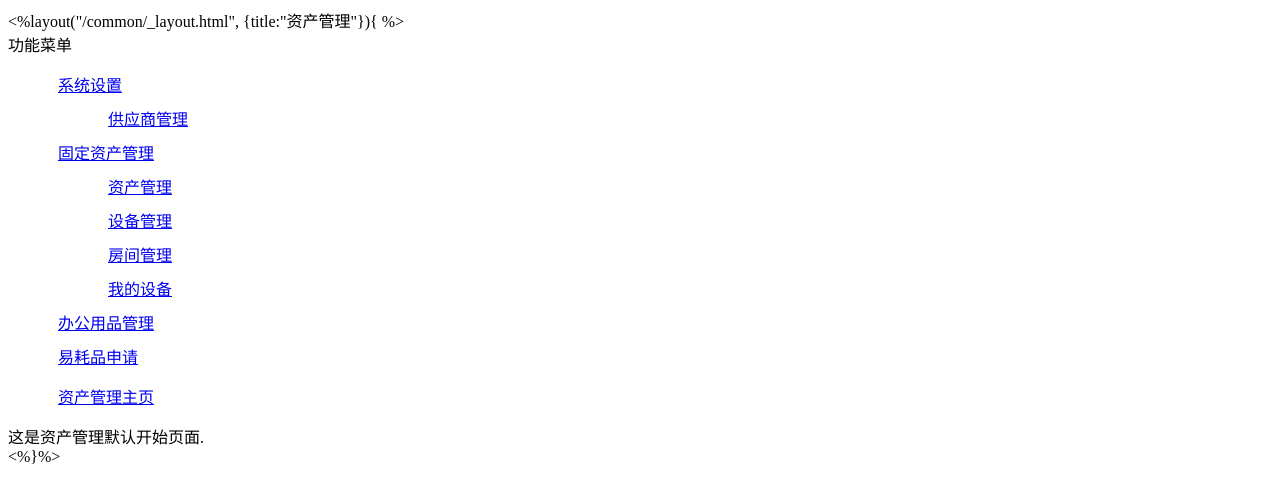
Repository: GaoChengliang/summerTask
Page: Campus_gcl/WebRoot/asset_management/asset.html
The author's editor kept a copy of each file at every save. The page is drawn from the files as they stood at one save, then again after the next save.
The browser window is 1280 px wide. The pictures show the whole page.

Above is the page before, as saved 2015-09-08 04:41:54.
Console error: ReferenceError: jQuery is not defined

### Campus_gcl/WebRoot/asset_management/asset.html
<%layout("/common/_layout.html", {title:"资产管理"}){ %>
<style type="text/css">
ul>li {
	list-style: none;
	margin-top: 10px;
	margin-left: 10px;
}
</style>
<div class="container-fluid">
	<div class="row">
		<div class="col-md-2 sidebar-2">
			<div class="sub-header">
				<div class="nav nac-sidebar font-style-background-blue">功能菜单</div>
			</div>

			<div class="mtree-demo">
				<ul class="mtree bubba">
					<li class="mtree-node"><a href="#">系统设置</a>
						<ul class="mtree-level-1">
							<li><a href="/asset/supplier">供应商管理</a></li>
						</ul></li>

					<li class="mtree-node"><a href="#">固定资产管理</a>
						<ul class="mtree-level-1">
							<li><a href="#">资产管理</a></li>
							<li><a href="#">设备管理</a></li>
							<li><a href="#">房间管理</a></li>
							<li><a href="#">我的设备</a></li>
						</ul></li>
					<li><a href="#">办公用品管理</a></li>
					<li><a href="#">易耗品申请</a></li>
				</ul>
			</div>


		</div>
		<div class="col-md-10 col-md-offset-2">
			<div class="main">
				<div id="content">
					<div id="tabs">
						<ul>
							<li><a href="#home">资产管理主页</a></li>
						</ul>
						<div id="home">这是资产管理默认开始页面.</div>
					</div>
				</div>
			</div>
		</div>
	</div>
</div>
<script src="/js/sider/sider.js"></script>
<script src="/js/tabs/tab.js"></script>
<%}%>

### Campus_gcl/WebRoot/js/sider/sider.js
(function ($, window, document, undefined) {
	    if ($('ul.mtree').length) {
	        var collapsed = true;
	        var close_same_level = false;
	        var duration = 400;
	        var listAnim = true;
	        var easing = 'easeOutQuart';
	        $('.mtree ul').css({
	            'overflow': 'hidden',
	            'height': collapsed ? 0 : 'auto',
	            'display': collapsed ? 'none' : 'block'
	        });
	        var node = $('.mtree li:has(ul)');
	        node.each(function (index, val) {
	            $(this).children(':first-child').css('cursor', 'pointer');
	            $(this).addClass('mtree-node mtree-' + (collapsed ? 'closed' : 'open'));
	            $(this).children('ul').addClass('mtree-level-' + ($(this).parentsUntil($('ul.mtree'), 'ul').length + 1));
	        });
	        $('.mtree li > *:first-child').on('click.mtree-active', function (e) {
	            if ($(this).parent().hasClass('mtree-closed')) {
	                $('.mtree-active').not($(this).parent()).removeClass('mtree-active');
	                $(this).parent().addClass('mtree-active');
	            } else if ($(this).parent().hasClass('mtree-open')) {
	                $(this).parent().removeClass('mtree-active');
	            } else {
	                $('.mtree-active').not($(this).parent()).removeClass('mtree-active');
	                $(this).parent().toggleClass('mtree-active');
	            }
	        });
	        node.children(':first-child').on('click.mtree', function (e) {
	            var el = $(this).parent().children('ul').first();
	            var isOpen = $(this).parent().hasClass('mtree-open');
	            if ((close_same_level || $('.csl').hasClass('active')) && !isOpen) {
	                var close_items = $(this).closest('ul').children('.mtree-open').not($(this).parent()).children('ul');
	                if ($.Velocity) {
	                    close_items.velocity({ height: 0 }, {
	                        duration: duration,
	                        easing: easing,
	                        display: 'none',
	                        delay: 100,
	                        complete: function () {
	                            setNodeClass($(this).parent(), true);
	                        }
	                    });
	                } else {
	                    close_items.delay(100).slideToggle(duration, function () {
	                        setNodeClass($(this).parent(), true);
	                    });
	                }
	            }
	            el.css({ 'height': 'auto' });
	            if (!isOpen && $.Velocity && listAnim)
	                el.find(' > li, li.mtree-open > ul > li').css({ 'opacity': 0 }).velocity('stop').velocity('list');
	            if ($.Velocity) {
	                el.velocity('stop').velocity({
	                    height: isOpen ? [
	                        0,
	                        el.outerHeight()
	                    ] : [
	                        el.outerHeight(),
	                        0
	                    ]
	                }, {
	                    queue: false,
	                    duration: duration,
	                    easing: easing,
	                    display: isOpen ? 'none' : 'block',
	                    begin: setNodeClass($(this).parent(), isOpen),
	                    complete: function () {
	                        if (!isOpen)
	                            $(this).css('height', 'auto');
	                    }
	                });
	            } else {
	                setNodeClass($(this).parent(), isOpen);
	                el.slideToggle(duration);
	            }
	            e.preventDefault();
	        });
	        function setNodeClass(el, isOpen) {
	            if (isOpen) {
	                el.removeClass('mtree-open').addClass('mtree-closed');
	            } else {
	                el.removeClass('mtree-closed').addClass('mtree-open');
	            }
	        }
	        if ($.Velocity && listAnim) {
	            $.Velocity.Sequences.list = function (element, options, index, size) {
	                $.Velocity.animate(element, {
	                    opacity: [
	                        1,
	                        0
	                    ],
	                    translateY: [
	                        0,
	                        -(index + 1)
	                    ]
	                }, {
	                    delay: index * (duration / size / 2),
	                    duration: duration,
	                    easing: easing
	                });
	            };
	        }
	        if ($('.mtree').css('opacity') == 0) {
	            if ($.Velocity) {
	                $('.mtree').css('opacity', 1).children().css('opacity', 0).velocity('list');
	            } else {
	                $('.mtree').show(200);
	            }
	        }
	    }
	}(jQuery, this, this.document));

### Campus_gcl/WebRoot/js/tabs/tab.js
$(function(){
	var tabs = $("#tabs").iframeTabs({'wrapperClass':'tab-wrapper', 'height':700});
	  $("a[name='supplier_manage_link']").click(function(event){
		  event.preventDefault();
		  var title = $(this).text();
		  tabs.addTab('supplier-manage', title, 'supplier');
      });

		$("a[name='supplier_manage_link']").hover(function(event) {
			$(this).find('img').attr("src", "/img/logo/supplier_manage_chosen.png");
		}, function(event) {
			$(this).find('img').attr("src", "/img/logo/supplier_manage.png");
		});


});

After the next save:
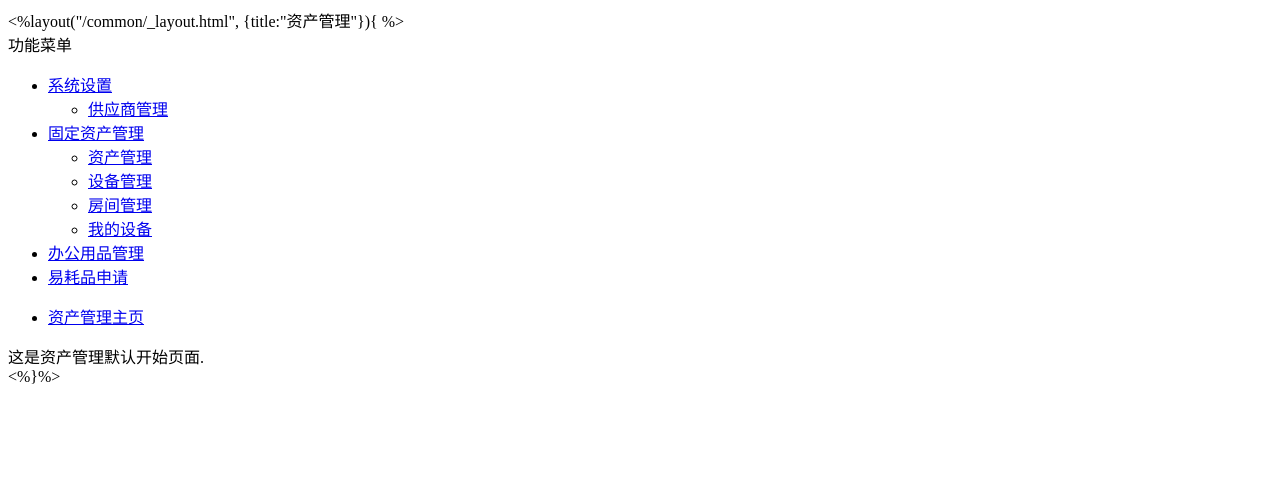
Saved 3 min 2 s later.
--- a/Campus_gcl/WebRoot/asset_management/asset.html
+++ b/Campus_gcl/WebRoot/asset_management/asset.html
@@ -1,11 +1,5 @@
 <%layout("/common/_layout.html", {title:"资产管理"}){ %>
-<style type="text/css">
-ul>li {
-	list-style: none;
-	margin-top: 10px;
-	margin-left: 10px;
-}
-</style>
+
 <div class="container-fluid">
 	<div class="row">
 		<div class="col-md-2 sidebar-2">
